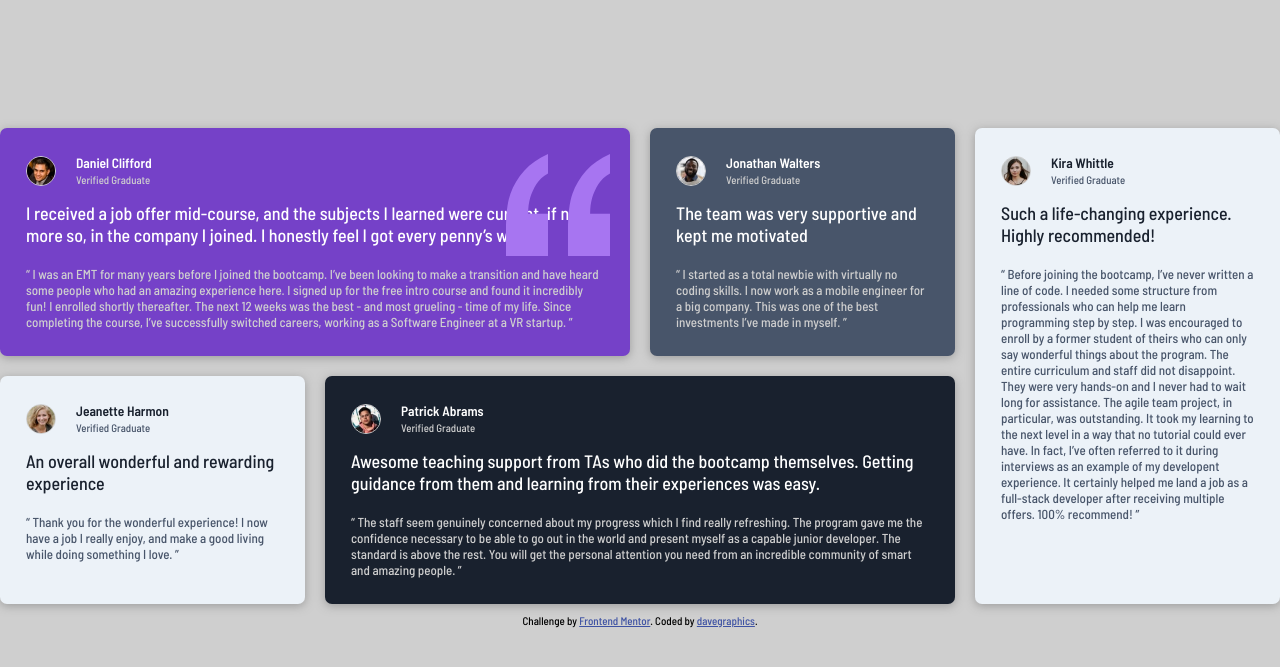
Repository: DejV44/testimonials_grid_section_main
Page: index.html
The author's editor kept a copy of each file at every save. The page is drawn from the files as they stood at one save, then again after the next save.
The browser window is 1280 px wide. The pictures show the whole page.
The style sheet was rebuilt from its Sass, Less or Tailwind sources for each picture, by a compiler version that may differ from the author's.

Above is the page before, as saved 2021-07-15 21:00:46.

### index.html
<!DOCTYPE html>
<html lang="en">

<head>
  <meta charset="UTF-8">
  <meta name="viewport" content="width=device-width, initial-scale=1.0">
  <link rel="stylesheet" href="css/style.css">
  <link rel="icon" type="image/png" sizes="32x32" href="./images/favicon-32x32.png">
  <title>Frontend Mentor | Testimonials grid section</title>
</head>

<body>
  <div class="container">
    <div class="cards violet">
      <img class="quoation" src="./images/bg-pattern-quotation.svg" alt="quoation">
      <div class="image">
        <img src="./images/image-daniel.jpg" alt="image-daniel">
        <div>
          <h4>Daniel Clifford</h4>
          <small>Verified Graduate</small>
        </div>
      </div>
      <p>I received a job offer mid-course, and the subjects I learned were current, if not more so,
        in the company I joined. I honestly feel I got every penny’s worth.</p>
      <blockquote>“ I was an EMT for many years before I joined the bootcamp. I’ve been looking to make a
        transition and have heard some people who had an amazing experience here. I signed up
        for the free intro course and found it incredibly fun! I enrolled shortly thereafter.
        The next 12 weeks was the best - and most grueling - time of my life. Since completing
        the course, I’ve successfully switched careers, working as a Software Engineer at a VR startup. ”</blockquote>
    </div>
    <div class="cards darkgray">
      <div class="image">
        <img src="./images/image-jonathan.jpg" alt="image-jonathan">
        <div>
          <h4>Jonathan Walters</h4>
          <small>Verified Graduate</small>
        </div>
      </div>
      <p>The team was very supportive and kept me motivated</p>
      <blockquote>“ I started as a total newbie with virtually no coding skills. I now work as a mobile engineer
        for a big company. This was one of the best investments I’ve made in myself. ”</blockquote>
    </div>
    <div class="cards lgblue">
      <div class="image">
        <img src="./images/image-jeanette.jpg" alt="image-jeanette">
        <div>
          <h4>Jeanette Harmon</h4>
          <small>Verified Graduate</small>
        </div>
      </div>
      <p>An overall wonderful and rewarding experience</p>
      <blockquote>“ Thank you for the wonderful experience! I now have a job I really enjoy, and make a good living
        while doing something I love. ”</blockquote>
    </div>
    <div class="cards dbblue">
      <div class="image">
        <img src="./images/image-patrick.jpg" alt="image-patrick">
        <div>
          <h4>Patrick Abrams</h4>
          <small>Verified Graduate</small>
        </div>
      </div>
      <p>Awesome teaching support from TAs who did the bootcamp themselves. Getting guidance from them and
        learning from their experiences was easy.</p>
      <blockquote>“ The staff seem genuinely concerned about my progress which I find really refreshing. The program
        gave me the confidence necessary to be able to go out in the world and present myself as a capable
        junior developer. The standard is above the rest. You will get the personal attention you need from
        an incredible community of smart and amazing people. ”</blockquote>
    </div>
    <div class="cards lgblue_b">
      <div class="image">
        <img src="./images/image-kira.jpg" alt="image-kira">
        <div>
          <h4>Kira Whittle</h4>
          <small>Verified Graduate</small>
        </div>
      </div>
      <p>Such a life-changing experience. Highly recommended!</p>
      <blockquote>“ Before joining the bootcamp, I’ve never written a line of code. I needed some structure from
        professionals who can help me learn programming step by step. I was encouraged to enroll by a former
        student of theirs who can only say wonderful things about the program. The entire curriculum and staff
        did not disappoint. They were very hands-on and I never had to wait long for assistance. The agile team
        project, in particular, was outstanding. It took my learning to the next level in a way that no tutorial
        could ever have. In fact, I’ve often referred to it during interviews as an example of my developent
        experience. It certainly helped me land a job as a full-stack developer after receiving multiple offers.
        100% recommend! ”</blockquote>
    </div>
  </div>
  <div class="attribution">
    Challenge by <a href="https://www.frontendmentor.io?ref=challenge" target="_blank">Frontend Mentor</a>.
    Coded by <a href="#">davegraphics</a>.
  </div>
</body>

</html>

### css/style.scss
@import url("https://fonts.googleapis.com/css2?family=Barlow+Semi+Condensed:wght@500;600&display=swap");

$ModerateViolet: hsl(263, 55%, 52%);
$VeryDarkGrayishBlue: hsl(217, 19%, 35%);
$VeryDarkBlackishBlue: hsl(219, 29%, 14%);
$White: hsl(0, 0%, 100%);
$LightGray: hsl(0, 0%, 81%);
$LightGrayishBlue: hsl(210, 46%, 95%);

* {
  margin: 0;
  padding: 0;
  box-sizing: border-box;
}

body {
  font-size: 13px;
  font-family: "Barlow Semi Condensed", sans-serif;
  background-color: $LightGray;

  .container {
    display: grid;
    grid-template-columns: 1fr;
    margin: 20px;
    gap: 20px;
    .cards {
      position: relative;
      padding: 2em;
      border-radius: 7px;
      box-shadow: rgba(128, 128, 128, 0.637) 0 2px 10px;

      &.violet {
        background-color: $ModerateViolet;
        .quoation {
            position: absolute;
            right: 20px;

        }
      }

      &.darkgray {
        background-color: $VeryDarkGrayishBlue;
      }

      &.lgblue {
        background-color: $LightGrayishBlue;
        p {
          color: $VeryDarkBlackishBlue;
        }
        blockquote {
          color: $VeryDarkGrayishBlue;
        }
        .image {
          h4 {
            color: $VeryDarkBlackishBlue;
          }
          small {
            color: $VeryDarkGrayishBlue;
          }
        }
      }

      &.lgblue_b {
        background-color: $LightGrayishBlue;
        p {
          color: $VeryDarkBlackishBlue;
        }
        blockquote {
          color: $VeryDarkGrayishBlue;
        }
        .image {
          h4 {
            color: $VeryDarkBlackishBlue;
          }
          small {
            color: $VeryDarkGrayishBlue;
          }
        }
      }
      &.dbblue {
        background-color: $VeryDarkBlackishBlue;
      }

      .image {
        display: flex;
        margin-bottom: 15px;
        align-items: center;

        img {
          border-radius: 50%;
          width: 30px;
          height: 30px;
          margin-right: 20px;
          border: 1px solid $LightGray;
        }

        h4 {
          color: $White;
          font-size: 13.5px;
        }

        small {
          color: $LightGray;
        }
      }

      blockquote {
        color: $LightGray;
        padding-top: 20px;
      }
      p {
        color: $White;
        font-size: 18px;
      }
    }
  }

  @media (min-width: 640px) {
    .container {
      grid-template-columns: repeat(2, 1fr);
    }
  }

  @media (min-width: 1280px) {
    .container {
      margin: 10% auto 10px auto;
      max-width: 1280px;
      grid-template-columns: repeat(4, 1fr);
      .cards {
        &.violet {
          grid-column: 1/3;
        }
        &.lgblue_b {
          grid-column: 4;
          grid-row: 1/3;
        }
        &.dbblue {
          grid-column: 2/4;
        }
      }
    }
  }

  .attribution {
    font-size: 11px;
    text-align: center;
  }
  .attribution a {
    color: hsl(228, 45%, 44%);
  }
}

After the next save:
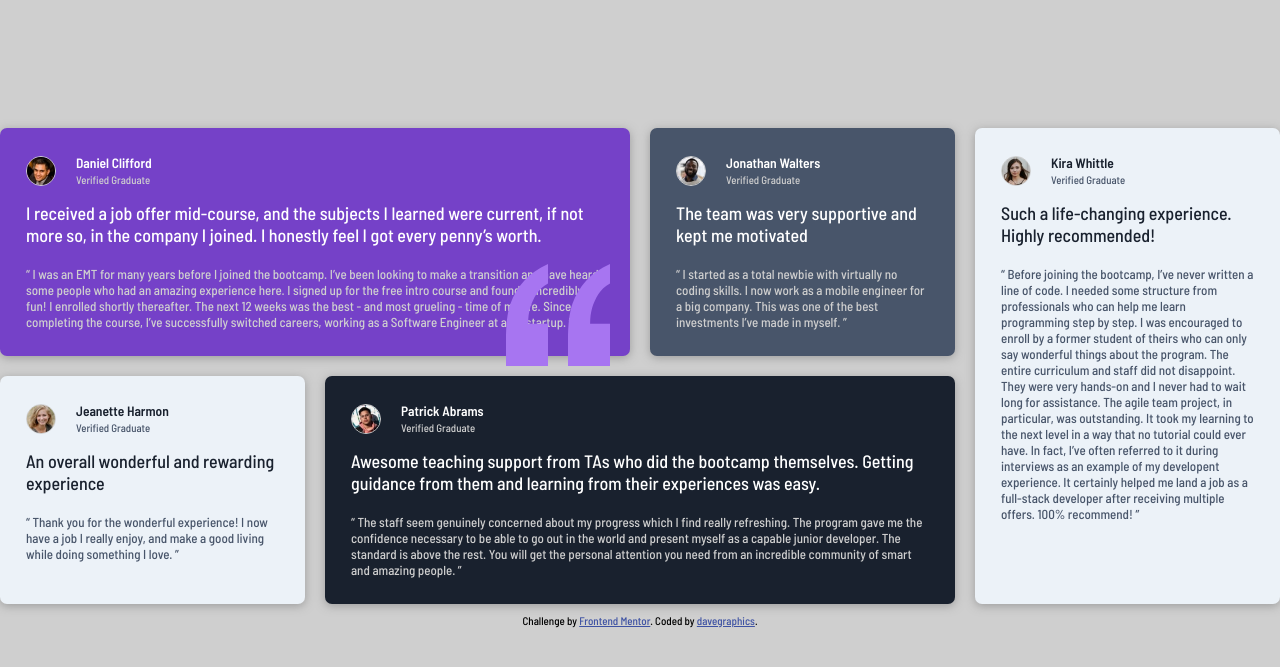
Saved 15 s later.
--- a/css/style.scss
+++ b/css/style.scss
@@ -34,6 +34,7 @@ body {
         .quoation {
             position: absolute;
             right: 20px;
+            bottom: -10px;
 
         }
       }
